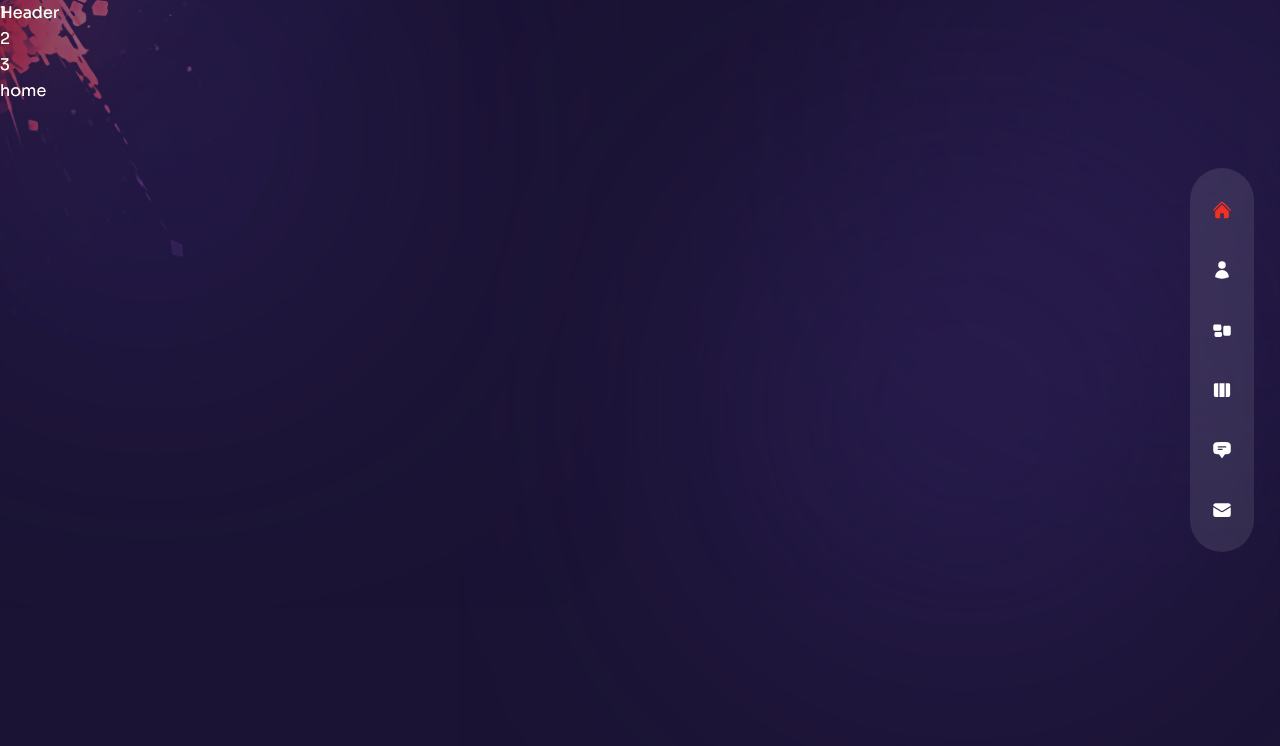
Repository: zecht12/Portofolio-without-db
Page: /
The author's editor kept a copy of each file at every save. The page is drawn from the files as they stood at one save, then again after a run of saves.
The browser window is 1280 px wide. The pictures show the whole page.
The project was rebuilt for these pictures with package versions that can differ from the ones it lists, and the page was loaded fresh each time. The framework's server and built-in components were replaced by stand-ins that run in the browser. Also part of the build but not shown: next.config.js.

Above is the page before, as saved 2023-10-05 23:15:01.

After the next 2 saves:
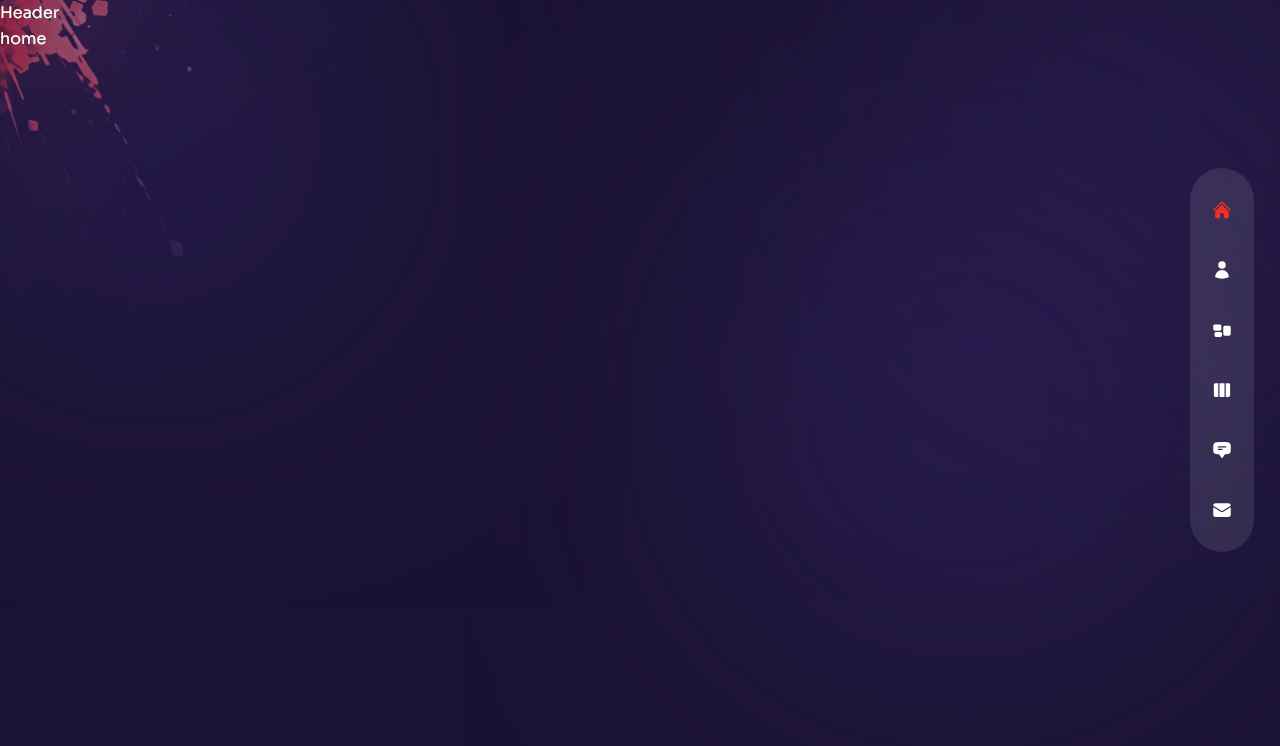
The 2 saves are shown as one change because they came seconds apart.
The last was saved 4 min 15 s later.
--- a/components/Transition.js
+++ b/components/Transition.js
@@ -20,9 +20,7 @@ const transitionVariants = {
 const Transition = () => {
   return (
     <>
-      <motion.div variants={transitionVariants} initial="initial" animate="animate" exit="exit" transition={{delay:0.2, duration:0.6, ease:'easeInOut'}} className='fixed top-0 bottom-0 right-full w-screen h-screen z-30 bg-[#2e2257] '>1</motion.div>
-      <div>2</div>
-      <div>3</div>
+      <motion.div variants={transitionVariants} initial="initial" animate="animate" exit="exit" transition={{delay:0.2, duration:0.6, ease:'easeInOut'}} className='fixed top-0 bottom-0 right-full w-screen h-screen z-30 bg-[#2e2257] '></motion.div>
     </>
   );
 };
